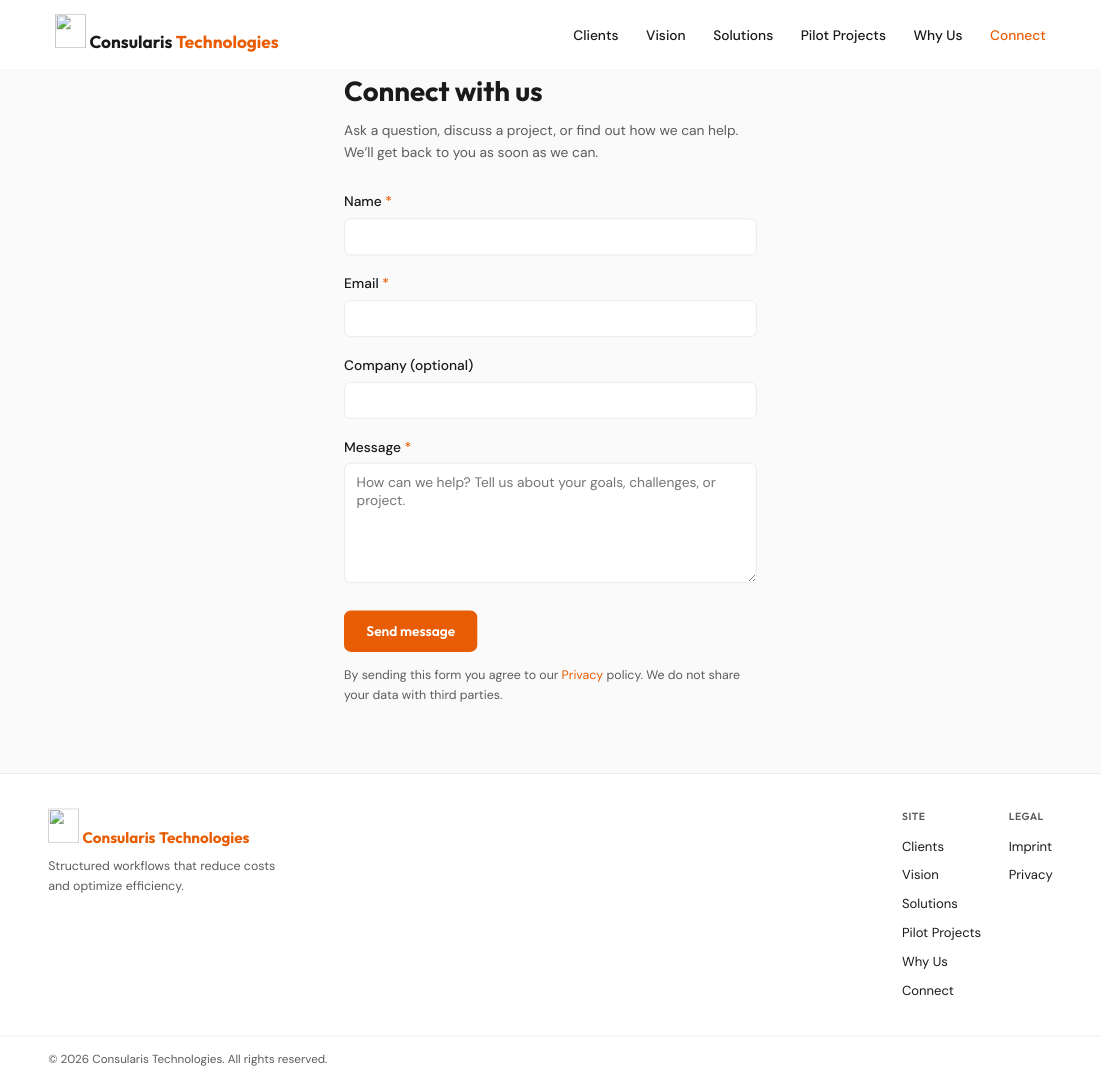
Repository: prichard26/Consularis-Technologies
Page: connect.html
The author's editor kept a copy of each file at every save. The page is drawn from the files as they stood at one save, then again after the next save.
The browser window is 1280 px wide. The pictures show the whole page, at 86% of full size.

Above is the page before, as saved 2026-02-21 21:53:31.
Not found: column-icon.png

After the next save:
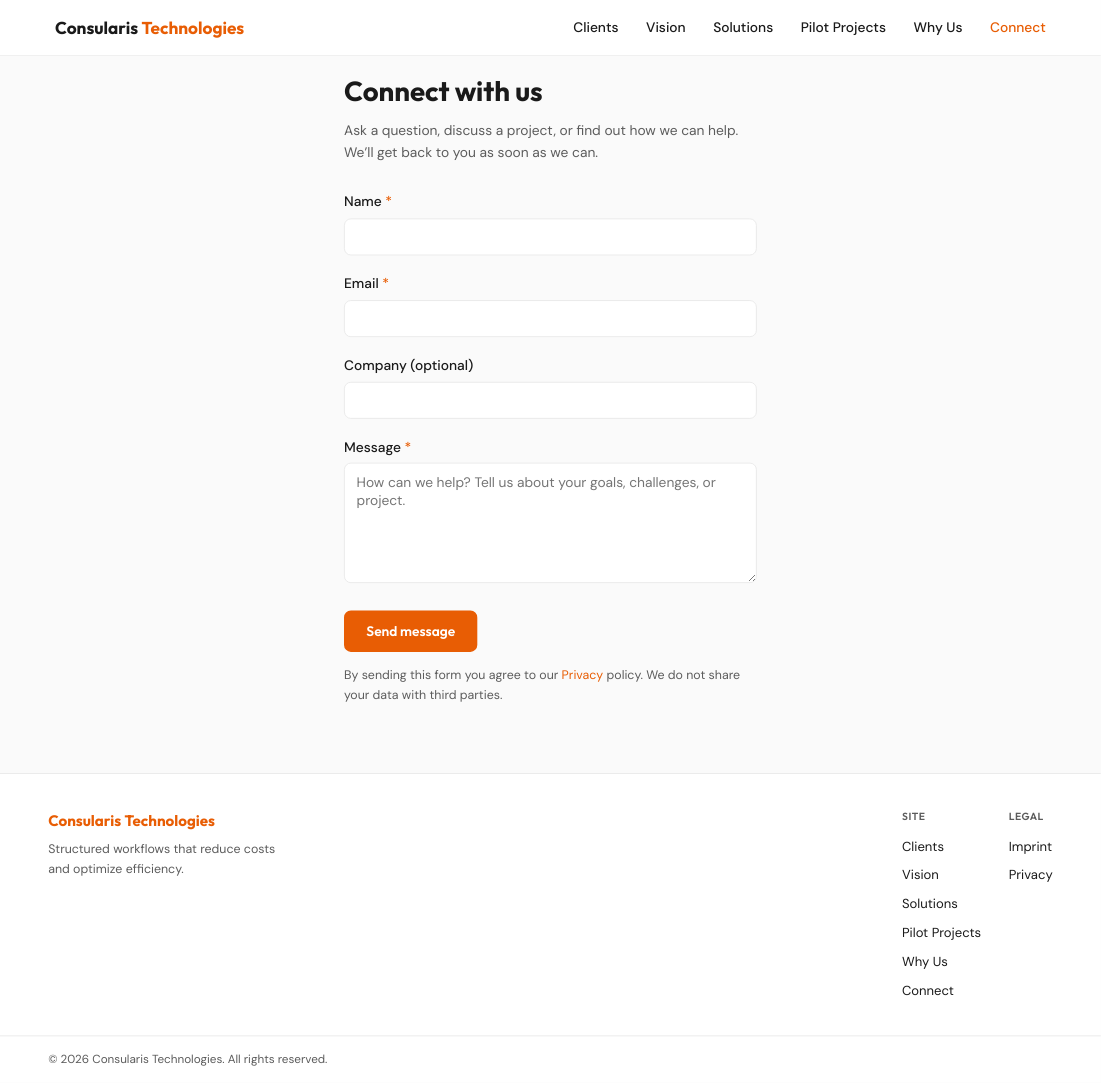
Saved 47 s later.
--- a/connect.html
+++ b/connect.html
@@ -15,7 +15,6 @@
       <header class="site-header" id="site-header">
         <div class="header-inner">
           <a href="/" class="logo" aria-label="Consularis Technologies home">
-            <img src="/column-icon.png" alt="" class="logo-icon" width="36" height="40" />
             <span class="logo-text">Consularis</span>
             <span class="logo-accent">Technologies</span>
           </a>
@@ -86,7 +85,6 @@
         <div class="footer-inner container">
           <div class="footer-brand">
             <a href="/" class="logo">
-              <img src="/column-icon.png" alt="" class="logo-icon" width="36" height="40" />
               <span class="logo-text">Consularis</span>
               <span class="logo-accent">Technologies</span>
             </a>
